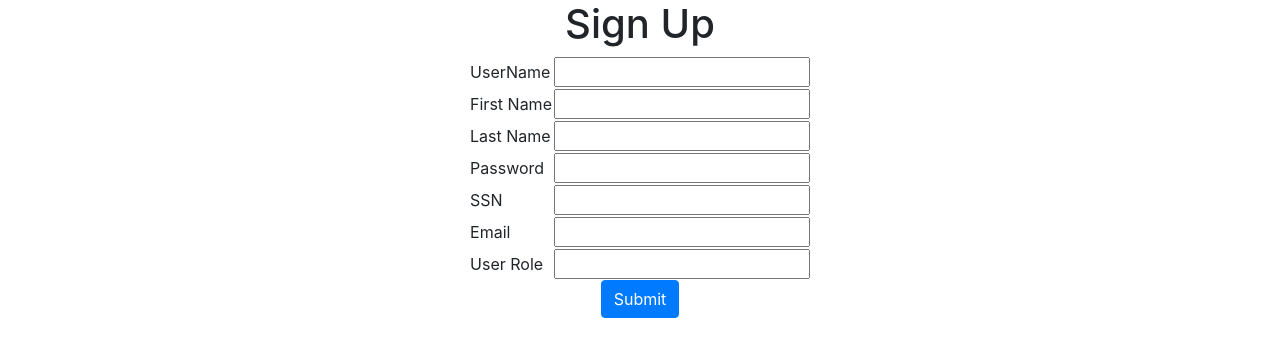
Repository: phh18/Train-Station-System
Page: http://localhost/trainstation/register
These files come from the project's save history. The page is drawn as it stood at one moment and after the next save; the edit follows.
The browser window is 1280 px wide. The pictures show the whole page.
Some web libraries are served in a nearby version. The page is served by Tomcat 9. Other server files are loaded and not shown.

Above is the page before, as saved 2020-11-08 02:15:57.

### trainstation/WebContent/WEB-INF/view/userRegister.jsp
<%@ page language="java" contentType="text/html; charset=ISO-8859-1"
    pageEncoding="ISO-8859-1"%>
<!DOCTYPE html>
<html>
<head>
<meta charset="ISO-8859-1">
<title>Register</title>
<link rel="stylesheet" href="https://maxcdn.bootstrapcdn.com/bootstrap/4.0.0/css/bootstrap.min.css" integrity="sha384-Gn5384xqQ1aoWXA+058RXPxPg6fy4IWvTNh0E263XmFcJlSAwiGgFAW/dAiS6JXm" crossorigin="anonymous">
<script src="https://code.jquery.com/jquery-3.2.1.slim.min.js" integrity="sha384-KJ3o2DKtIkvYIK3UENzmM7KCkRr/rE9/Qpg6aAZGJwFDMVNA/GpGFF93hXpG5KkN" crossorigin="anonymous"></script>
<script src="https://cdnjs.cloudflare.com/ajax/libs/popper.js/1.12.9/umd/popper.min.js" integrity="sha384-ApNbgh9B+Y1QKtv3Rn7W3mgPxhU9K/ScQsAP7hUibX39j7fakFPskvXusvfa0b4Q" crossorigin="anonymous"></script>
<script src="https://maxcdn.bootstrapcdn.com/bootstrap/4.0.0/js/bootstrap.min.js" integrity="sha384-JZR6Spejh4U02d8jOt6vLEHfe/JQGiRRSQQxSfFWpi1MquVdAyjUar5+76PVCmYl" crossorigin="anonymous"></script>
</head>
<body>

<div align="center">
  <h1>Sign Up</h1>
  <form action="<%= request.getContextPath() %>/register" method="post">
   <table style="with: 80%">
   	<tr>
     <td>UserName</td>
     <td><input type="text" name="userName" /></td>
    </tr>
    <tr>
     <td>First Name</td>
     <td><input type="text" name="firstName" /></td>
    </tr>
    <tr>
     <td>Last Name</td>
     <td><input type="text" name="lastName" /></td>
    </tr>
    <tr>
     <td>Password</td>
     <td><input type="password" name="password" /></td>
    </tr>
    <tr>
     <td>SSN</td>
     <td><input type="text" name="SSN" /></td>
    </tr>
    <tr>
     <td>Email</td>
     <td><input type="text" name="email" /></td>
    </tr>
    <tr>
     <td>User Role</td>
     <td><input type="text" name="userRole" /></td>
    </tr>
   </table>
   <button type="submit" class="btn btn-primary">Submit</button>
  </form>
 </div>

</body>
</html>

### trainstation/src/trainstation/controller/UserServlet.java
package trainstation.controller;

import java.io.IOException;

import javax.servlet.RequestDispatcher;
import javax.servlet.ServletException;
import javax.servlet.annotation.WebServlet;
import javax.servlet.http.HttpServlet;
import javax.servlet.http.HttpServletRequest;
import javax.servlet.http.HttpServletResponse;

import trainstation.model.User;
import trainstation.help.UserHelp;

/**
 * Servlet implementation class UserServlet
 */
@WebServlet("/register")
public class UserServlet extends HttpServlet {
	private static final long serialVersionUID = 1L;
	private UserHelp userHelp;

    /**
     * @see HttpServlet#HttpServlet()
     */
	public void init() {
        userHelp = new UserHelp();
    }

    public UserServlet() {
        super();
        // TODO Auto-generated constructor stub
    }

	/**
	 * @see HttpServlet#doGet(HttpServletRequest request, HttpServletResponse response)
	 */
	protected void doGet(HttpServletRequest request, HttpServletResponse response) throws ServletException, IOException {
		// TODO Auto-generated method stub
		response.getWriter().append("Served at: ").append(request.getContextPath());

		RequestDispatcher dispatcher = request.getRequestDispatcher("/WEB-INF/view/userRegister.jsp");
		dispatcher.forward(request, response);
		return;
	}

	/**
	 * @see HttpServlet#doPost(HttpServletRequest request, HttpServletResponse response)
	 */
	protected void doPost(HttpServletRequest request, HttpServletResponse response) throws ServletException, IOException {
		// TODO Auto-generated method stub
//		doGet(request, response);

		String userName = request.getParameter("userName");
		String firstName = request.getParameter("firstName");
        String lastName = request.getParameter("lastName");
        String password = request.getParameter("password");
        String SSN = request.getParameter("SSN");
        String email = request.getParameter("email");
        String userRole = request.getParameter("userRole");

        User user = new User(userName, firstName, lastName, password, SSN, email, userRole);

        try {
            userHelp.registerUser(user);
        } catch (Exception e) {
            // TODO Auto-generated catch block
            e.printStackTrace();
        }

        RequestDispatcher dispatcher = request.getRequestDispatcher("/WEB-INF/view/userDetails.jsp");
		dispatcher.forward(request, response);
		return;
	}

}

After the next save:
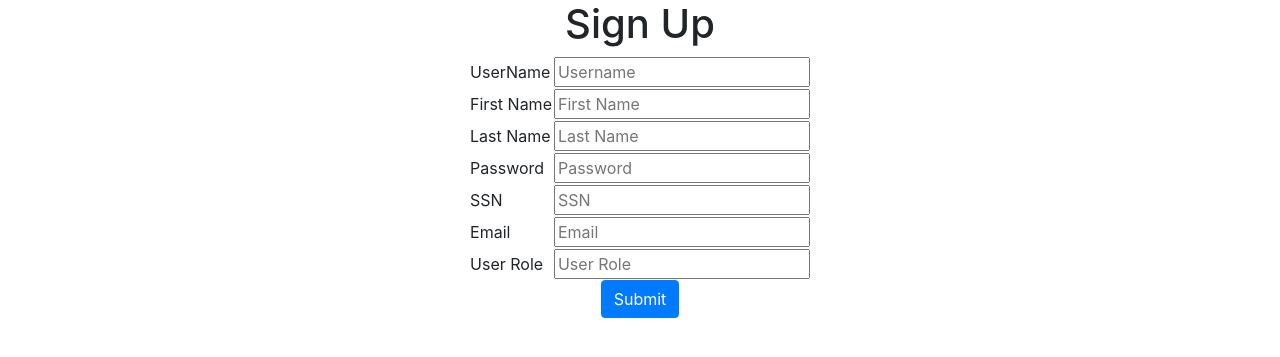
Saved 4 min 24 s later.
--- a/trainstation/WebContent/WEB-INF/view/userRegister.jsp
+++ b/trainstation/WebContent/WEB-INF/view/userRegister.jsp
@@ -18,31 +18,31 @@
    <table style="with: 80%">
    	<tr>
      <td>UserName</td>
-     <td><input type="text" name="userName" /></td>
+     <td><input type="text" name="userName" placeholder="Username"/></td>
     </tr>
     <tr>
      <td>First Name</td>
-     <td><input type="text" name="firstName" /></td>
+     <td><input type="text" name="firstName" placeholder="First Name"/></td>
     </tr>
     <tr>
      <td>Last Name</td>
-     <td><input type="text" name="lastName" /></td>
+     <td><input type="text" name="lastName" placeholder="Last Name"/></td>
     </tr>
     <tr>
      <td>Password</td>
-     <td><input type="password" name="password" /></td>
+     <td><input type="password" name="password" placeholder="Password"/></td>
     </tr>
     <tr>
      <td>SSN</td>
-     <td><input type="text" name="SSN" /></td>
+     <td><input type="text" name="SSN" placeholder="SSN"/></td>
     </tr>
     <tr>
      <td>Email</td>
-     <td><input type="text" name="email" /></td>
+     <td><input type="text" name="email" placeholder="Email"/></td>
     </tr>
     <tr>
      <td>User Role</td>
-     <td><input type="text" name="userRole" /></td>
+     <td><input type="text" name="userRole" placeholder="User Role"/></td>
     </tr>
    </table>
    <button type="submit" class="btn btn-primary">Submit</button>
